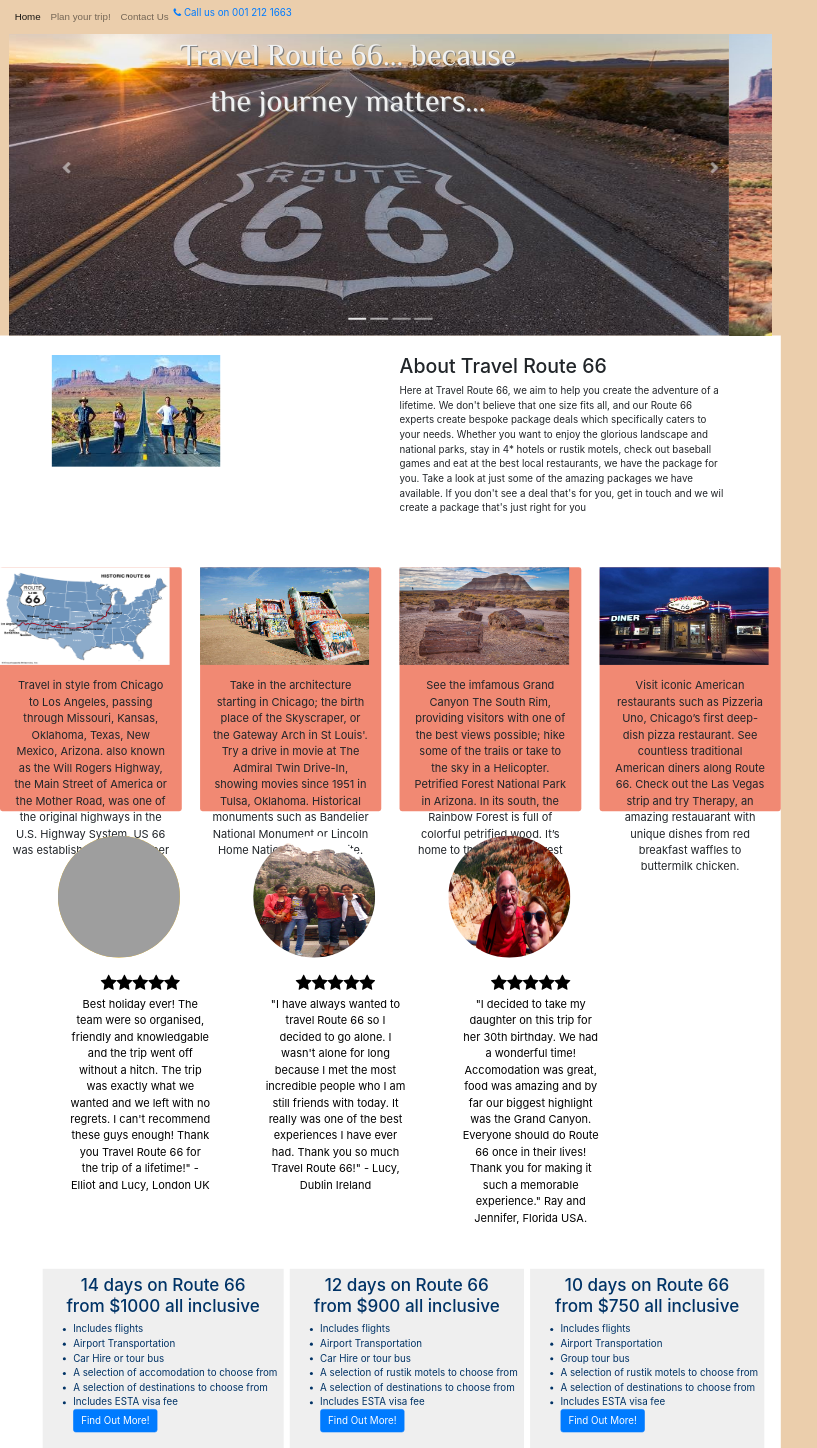
Repository: Leannald13/second-milestone-project
Page: index.html
The author's editor kept a record of every edit. The page is drawn from the files as they stood at one moment, then again after the next edit.
The browser window is 1280 px wide. The page is 1340 px wide, so the pictures cover 1340 px, including what lies to the right of the window. The pictures show the whole page, at 61% of full size.
Pictures or frames that could not be fetched are drawn as grey boxes. Some web fonts or font styles are not loaded; a fallback is used. Some web libraries are served in a nearby version.

Above is the page before.

### index.html
<!DOCTYPE html>
<html lang="en">
<head>
    <meta charset="UTF-8">
    <meta name="viewport" content="width=device-width, initial-scale=1.0">
    <meta http-equiv="X-UA-Compatible" content="ie=edge">
    <link rel="stylesheet" href="https://stackpath.bootstrapcdn.com/bootstrap/4.3.1/css/bootstrap.min.css" type="text/css" />
    <link rel="stylesheet" href="https://cdnjs.cloudflare.com/ajax/libs/hover.css/2.3.1/css/hover-min.css" type="text/css" />
    <link rel="stylesheet" href="https://stackpath.bootstrapcdn.com/font-awesome/4.7.0/css/font-awesome.min.css" type="text/css" />
    <link href="https://fonts.googleapis.com/css?family=Dosis&display=swap" rel="stylesheet">
   <link href="https://fonts.googleapis.com/css?family=Philosopher|Yeon+Sung|ZCOOL+XiaoWei&display=swap" rel="stylesheet">
    <link rel="stylesheet" href="css/style.css" type="text/css" />
    <title>Route 66 Planner</title>
</head>
<body>
     <header>

                                                            <!-- navbar-->

         <nav class="navbar navbar-expand-lg navbar-light">
  <button class="navbar-toggler" type="button" data-toggle="collapse" data-target="#navbarNav" aria-controls="navbarNav" aria-expanded="false" aria-label="Toggle navigation">
    <span class="navbar-toggler-icon"></span>
  </button>
  <div class="collapse navbar-collapse" id="navbarNav">
    <ul class="navbar-nav">
      <li class="nav-item active">
        <a class="nav-link" href="#"><span>Home</span></a>
      </li>
      <li class="nav-item">
        <a class="nav-link" href="#"><span>Plan your trip!</span></a>
      </li>
      <li class="nav-item">
        <a class="nav-link" href="#"><span>Contact Us</span></a>
      </li>
      <li class="nav-item">
          <a class="navlink" href="#"><span><i class="fa fa-phone"></i> Call us on 001 212 1663</span></a>
      </li>
    </ul>
  </div>
</nav>
</header>


    <div class="container-fluid">

        <div id="myCarousel" class="carousel slide" data-ride="carousel">



            <ul class="carousel-indicators">

                <li data-target="#myCarousel" data-slide-to="0" class="active"></li>

                <li data-target="#myCarousel" data-slide-to="1"></li>

                <li data-target="#myCarousel" data-slide-to="2"></li>
                 <li data-target="#myCarousel" data-slide-to="3"></li>


            </ul>




            <div class="carousel-inner">

                <div class="carousel-item active">

                    <img src="assets/images/slide1.jpg" alt="mainimage" width="100%" height="550">
                    <div class="centered">Travel Route 66... because the journey matters...</div>

                </div>

                <div class="carousel-item">

                    <img src="assets/images/slide2.jpg" alt="highway" width="100%" height="550">


                </div>
                  <div class="carousel-item">

                    <img src="assets/images/slide3.jpg" alt="sunsetcanyon" width="100%" height="550">


                </div>
                <div class="carousel-item">

                    <img src="assets/images/slide4.jpg" alt="signontheroad" width="100%" height="550">


                </div>


            <a class="carousel-control-prev" href="#myCarousel" data-slide="prev">

    <span class="carousel-control-prev-icon"></span>

  </a>

            <a class="carousel-control-next" href="#myCarousel" data-slide="next">

    <span class="carousel-control-next-icon"></span>

  </a>

        </div>
    </div>
            </div>
        </div>


        <section id="about">

    <div class="container about" style="padding-bottom: 10px;">

      <div class="row">

        <div class="col-12 col-md-6">

          <img src="assets\images\people.jpg" alt="travelroute66" class="people">

        </div>

        <div class="col-12 col-md-6 about-ash-fit">

          <h2>About Travel Route 66</h2>

          <p The imfamous Route 66 spanning for over 2400 miles, still captivates people from all over the world! An incredible road trip from Chicago Illinois and ending in Santa Monica, California, taking you through eight amazing states, three time zones and mesmerising national parks such as the Grand Canyon and Petrified Forest National Park. Start planning the journey of a lifetime, today!<br>Here at Travel Route 66, we aim to help you create the adventure of a lifetime. We don't believe that one size fits all, and our Route 66 experts create bespoke package deals which specifically caters to your needs. Whether you want to enjoy the glorious landscape and national parks, stay in 4* hotels or rustik motels,
   check out baseball games and eat at the best local restaurants, we have the package for you. Take a look at just some of the amazing packages we have available. If you don't see a deal that's for you,
   get in touch and we wil create a package that's just right for you</p>

        </div>

      </div>

    </div>





                                                        <!-- main body of home page-->
                                  <div class="card-deck">
  <div class="card">
    <img src="assets/images/map.jpg" alt="route66" class="map">
    <div class="card-body">

      <p class="card-text">Travel in style from Chicago to Los Angeles, passing through Missouri, Kansas, Oklahoma, Texas, New Mexico, Arizona. also known as the Will Rogers Highway, the Main Street of America or the Mother Road, was one of the original highways in the U.S. Highway System. US 66 was established on November 11, 1926.</p>
    </div>

  </div>
  <div class="card">
      <img src="assets/images/attractions.jpg" alt="route66" class="attractions">
    <div class="card-body">

      <p class="card-text">Take in the architecture starting in Chicago; the birth place of the Skyscraper, or the Gateway Arch in St Louis'. Try a drive in movie at The Admiral Twin Drive-In, showing movies since 1951 in Tulsa, Oklahoma. Historical monuments such as Bandelier National Monument or Lincoln Home National Historic Site.</p>
    </div>

  </div>
  <div class="card">
     <img src="assets/images/nationalparks.jpg" alt="route66" class="nationalparks">
    <div class="card-body">

      <p class="card-text">See the imfamous Grand Canyon The South Rim, providing visitors with one of the best views possible; hike some of the trails or take to the sky in a Helicopter. Petrified Forest National Park in Arizona. In its south, the Rainbow Forest is full of colorful petrified wood. It’s home to the Rainbow Forest Museum</p>
    </div>

  </div>
   <div class="card">
     <img src="assets/images/dining.jpg" alt="route66" class="dining">
    <div class="card-body">

      <p class="card-text">Visit iconic American restaurants such as Pizzeria Uno, Chicago’s first deep-dish pizza restaurant. See countless traditional American diners along Route 66. Check out the Las Vegas strip and try Therapy, an amazing restauarant with unique dishes from
         red breakfast waffles to buttermilk chicken.</p>
    </div>

  </div>
</div>
                   <!-- temporary block out





      -->



    <div class="container-fluid review">

        <div class="row padding">

            <div class="col-md-3 sm-2">

                <div class="review1">

                    <img class="review-img" src="assets/images/couple.jpg">

                    <div class="card-body">
                    <div class="stars"><i class="fa fa-star"></i><i class="fa fa-star"></i><i class="fa fa-star"></i><i class="fa fa-star"></i><i class="fa fa-star"></i></div>
                      <p class="card-text">  Best holiday ever! The team were so organised, friendly and knowledgable and the trip went off without a hitch. The trip was exactly what we wanted and we left with no regrets. I can't recommend these guys enough! Thank you Travel Route 66 for the trip of a lifetime!" - Elliot and Lucy, London UK</p>

                    </div>

                </div>

            </div>

            <div class="col-md-3">

                <div class="review1">

                    <img class="review-img" width="300" height="300" src="assets/images/group.jpg">

                    <div class="card-body">
              <div class="stars"><i class="fa fa-star"></i><i class="fa fa-star"></i><i class="fa fa-star"></i><i class="fa fa-star"></i><i class="fa fa-star"></i></div> <p class="card-text">"I have always wanted to travel Route 66 so I decided to go alone. I wasn't alone for long because I met the most incredible people who I am still friends with today. It really was one of the best experiences I have ever
           had. Thank you so much Travel Route 66!" - Lucy, Dublin Ireland</p>

                    </div>

                </div>

            </div>

            <div class="col-md-3">

                <div class="review1">

                    <img class="review-img" width="300" height="300" src="assets/images/dadanddaughter.jpg">

                    <div class="card-body">


                        <div class="stars"><i class="fa fa-star"></i><i class="fa fa-star"></i><i class="fa fa-star"></i><i class="fa fa-star"></i><i class="fa fa-star"></i></div>
           <p class="card-text">"I decided to take my daughter on this trip for her 30th birthday. We had a wonderful time! Accomodation was great, food was amazing and by far our biggest highlight was the Grand Canyon. Everyone should do Route 66 once in their lives! Thank you for making it such a memorable experience." Ray and Jennifer, Florida USA.</p>

                    </div>

                </div>

            </div>
          <div class="box1 dealone">
          <h3>14 days on Route 66<br> from $1000 all inclusive</h3>
          <ul>
              <li>Includes flights</li>
              <li>Airport Transportation</li>
              <li>Car Hire or tour bus</li>
              <li>A selection of accomodation to choose from</li>
              <li>A selection of destinations to choose from</li>
              <li>Includes ESTA visa fee</li>
              <a class="btn btn-primary" href="contact.html" role="button" class="enquiry-button">Find Out More!</a>
          </ul>
      </div>
         <div class="box1 dealtwo">
          <h3>12 days on Route 66<br> from $900 all inclusive</h3>
          <ul>
              <li>Includes flights</li>
              <li>Airport Transportation</li>
              <li>Car Hire or tour bus</li>
              <li>A selection of rustik motels to choose from</li>
              <li>A selection of destinations to choose from</li>
              <li>Includes ESTA visa fee</li>
              <a class="btn btn-primary" href="contact.html" role="button" class="enquiry-button">Find Out More!</a>
          </ul>
      </div>
      <div class="box1 dealthree">
          <h3>10 days on Route 66<br> from $750 all inclusive</h3>
          <ul>
              <li>Includes flights</li>
              <li>Airport Transportation</li>
              <li>Group tour bus</li>
              <li>A selection of rustik motels to choose from</li>
              <li>A selection of destinations to choose from</li>
              <li>Includes ESTA visa fee</li>
              <a class="btn btn-primary" href="contact.html" role="button" class="enquiry-button">Find Out More!</a>
          </ul>
      </div>

   </div>
   </div>

<script src="https://code.jquery.com/jquery-3.2.1.slim.min.js" integrity="sha384-KJ3o2DKtIkvYIK3UENzmM7KCkRr/rE9/Qpg6aAZGJwFDMVNA/GpGFF93hXpG5KkN" crossorigin="anonymous"></script>
<script src="https://cdnjs.cloudflare.com/ajax/libs/popper.js/1.12.9/umd/popper.min.js" integrity="sha384-ApNbgh9B+Y1QKtv3Rn7W3mgPxhU9K/ScQsAP7hUibX39j7fakFPskvXusvfa0b4Q" crossorigin="anonymous"></script>
<script src="https://maxcdn.bootstrapcdn.com/bootstrap/4.0.0/js/bootstrap.min.js" integrity="sha384-JZR6Spejh4U02d8jOt6vLEHfe/JQGiRRSQQxSfFWpi1MquVdAyjUar5+76PVCmYl" crossorigin="anonymous"></script>
</body>
</html>

### css/style.css


  /* ------------------------------------------------------------- main image and navbar across all pages */


.background {
    width: 100%;
    height: 600px;
}

body {
    background-color: #EBCEAC;
}



.centered {
  position: absolute;
  top: 45%;
  left: 50%;
  transform: translate(-50%, -130%);
  color: #f0f1f2;
  font-family: 'Philosopher', sans-serif;
  font-size: 50px;
  background: rgba(0, 0, 0, 0);
  padding-left: 10px;
  padding-right: 10px;
  text-shadow: 2px 2px grey;
  text-align: center;

}

.navbar {
    margin: 0;
    border: 0;
    background-color: #EBCEAC;
    color: #003366;
    position: fixed;
    z-index: 10;
    width: 100%;

}

.nav-link {
     font-family: 'Noto Sans JP', sans-serif;
      color: #003366;
}

.symbol {
    width: 50px;
    height: 50px;
    margin-left: 30px;
    margin-right: 5px;
}

h4 {
     color: #36454f;
    font-family: 'Philosopher', sans-serif;
    font-size: 40px;
    padding-top: 40px;
}

.sign {
    height: 270px;
    width: 270px;
}


.background2 {
    width: 100%;
    height: 600px;
    background-size: cover;
    background-attachment: scroll;
}

 /* ---------------------------------------------------Carousel */



  .carousel-inner img {

      width: 100%;


  }



  #myCarousel {

      margin: 0;

      padding: 0;

  }



  .carousel-item {

      position: relative;

      margin-right: -100%;

      width: 100%;

  }



  .carousel-caption {

     text-align: center;

     color: #FFc107;

     font-weight: 700;

     padding-bottom: 100px;

     margin-bottom: 30px;



  }

  /* ------------------------------------------------------------- index.htmll */

#about {

    background-color: #fff;

    padding-top: 2em;

}






.box1 {
    box-sizing: border-box;
    float: left;
    margin-top: 50px;
    margin-left: 10px;
    background-color: #efefef;
    color: #003366;

}

.card {
    margin: 20px;
    margin-top: 60px;
}

.box1 h3 {
    text-align: center;
}

.dealone {
    padding: 10px;

}

.dealtwo {
    padding: 10px;
}

.dealthree {
    padding: 10px;

}

.card {
  height: 400px;
  width: 240px;
  text-align: center;
  background-color: #f18973;
  border-color: : #f4e1d2;
  border: 2px;
  float: left;
  box-sizing: border-box;
}


.card img {
  height: 40%;
  width: 100%;
  padding-right: 20px;

}




  .review-img {
      background-color: #ffc107;
      height: 200px;
      width: 200px;
      margin-top: 0;
      border-radius: 50%;
      text-align:center;

  }



  .review1 {

      border-color: transparent;
      font-size: 28px;
      color: black;
      margin-left: 20px;
      margin-right: 20px
      padding-top: 40px;

  }



  p.card-text {
   font-size: 18px;

  }



.card-body {
 text-align: center;

}

.review {
    margin-top: 40px;
    margin-left: 60px;
}






/* ------------------------------------------------------------ temporary block


/* ------------------------------------------------------------ temporary block o

.row.article
.span9.outset {
    width: 90%;
    height: 90%;
    border-color: #c94c4c;
    border: 5px;
}

.card {
  height: 400px;
  width: 240px;
  text-align: center;
  background-color: #f18973;
  border-color: : #f4e1d2;
  border: 2px;
  float: left;
  box-sizing: border-box;
}


.card img {
  height: 40%;
  width: 100%;
  padding-right: 20px;

}

h6 {
  font-family: 'Noto Sans JP', sans-serif;
  color: #003366;
  font-weight: 800px;
  padding: 0px 5px 0px 5px;
  float: left;
}



.box2 {
  text-align: center;
  border: 2px;
  float: left;
  box-sizing: border-box;
}

.box2 img {
    width: 170px;
    height: 170px;
    border-radius: 70px;
    margin-top: 40px;

}

.stars {
    margin-top: 20px;
    color: yellow;
}

.review {
    margin-top: auto;
    padding-top: auto;
    font-style: italic;
    color: #003366;
    padding-left: 20px;
    padding-right: 20px;
}

*/

After the next edit:
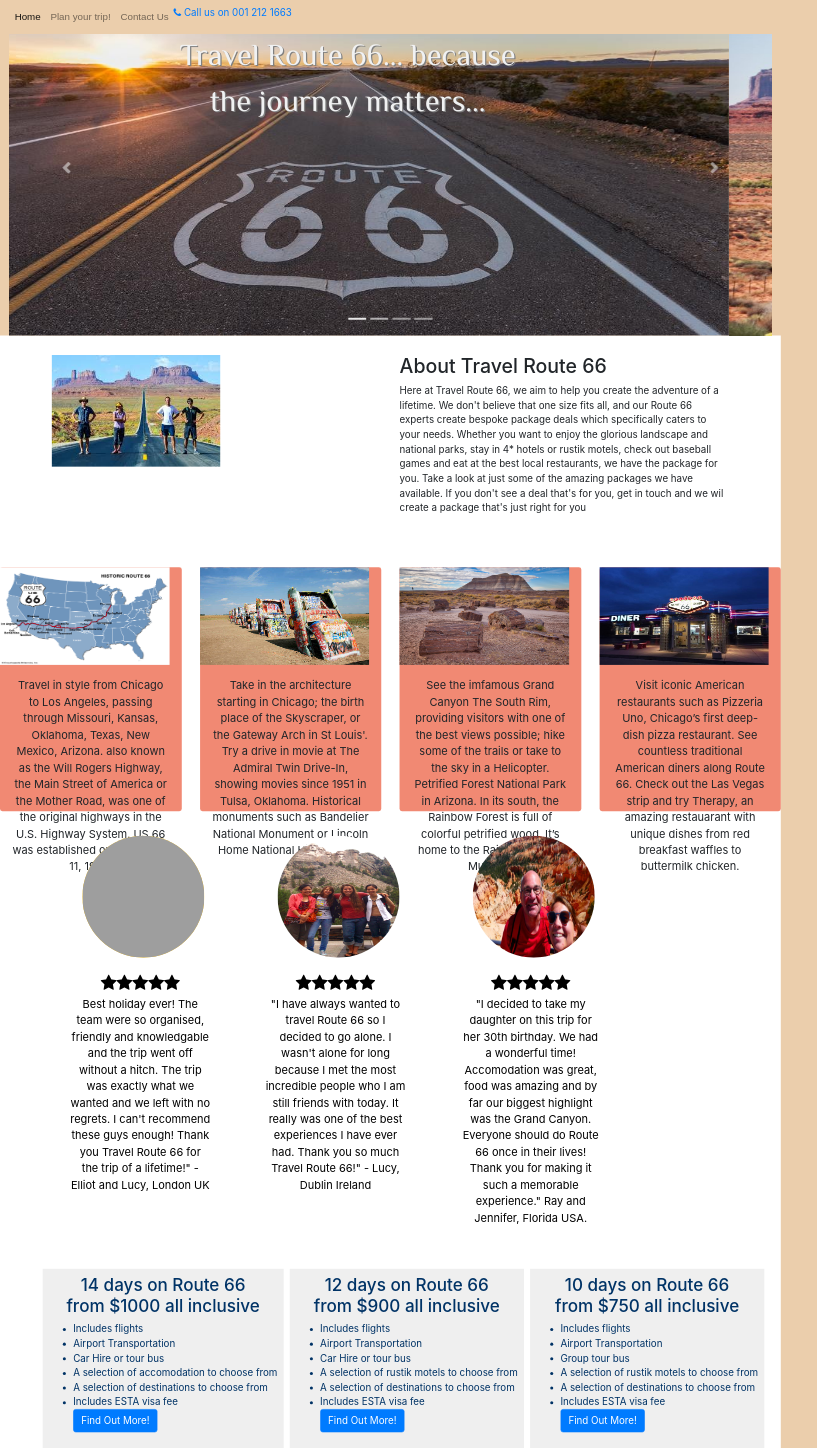
The edit:
--- a/css/style.css
+++ b/css/style.css
@@ -200,7 +200,8 @@
       width: 200px;
       margin-top: 0;
       border-radius: 50%;
-      text-align:center;
+      text-align: center;
+      margin-left: 40px;
 
   }
 
